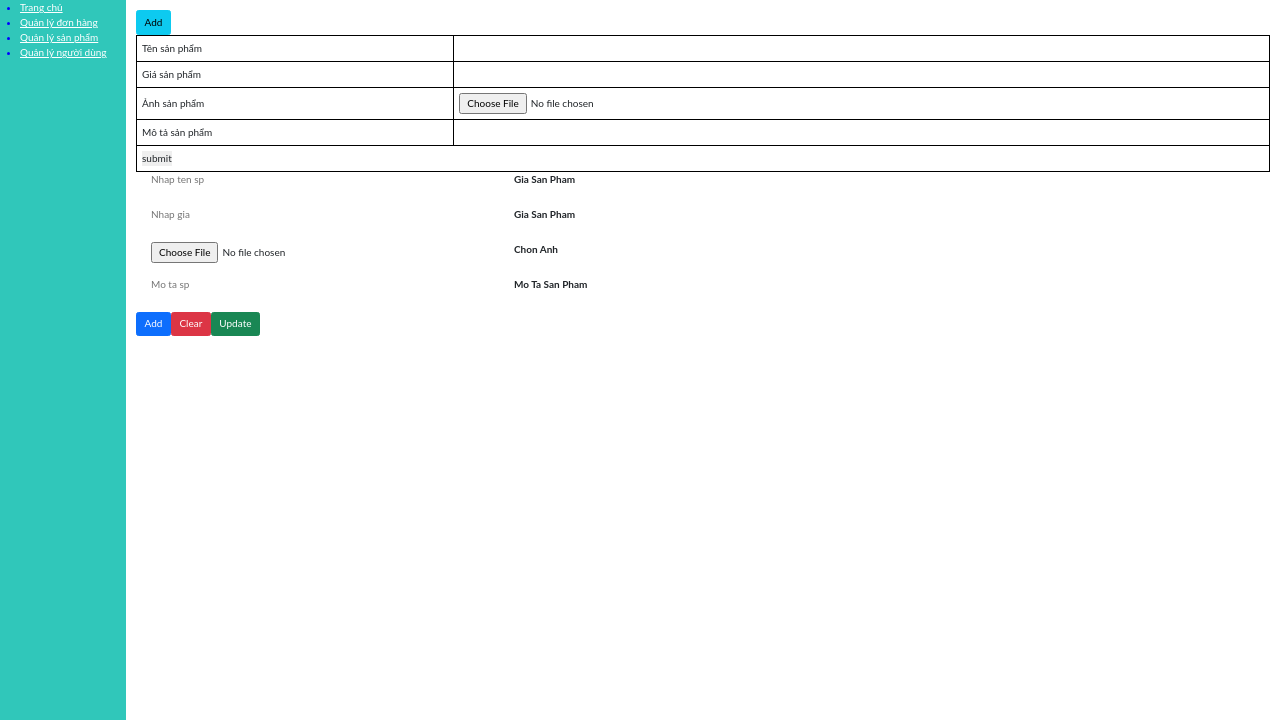
Repository: Hothidani/React
Page: /AllProduct (app in exa/my-react-router-A/)
The author's editor kept a copy of each file at every save. The page is drawn from the files as they stood at one save, then again after the next save.
The browser window is 1280 px wide. The pictures show the whole page.
The page's requests for data from a server got no answer. The project was rebuilt for these pictures with package versions that can differ from the ones it lists, and the page was loaded fresh each time. No one was signed in, and anything a server would have sent is missing. Also part of the build but not shown: exa/my-react-router-A/src/component/Navigation.js, exa/my-react-router-A/src/component/Home.js, exa/my-react-router-A/src/component/About.js, exa/my-react-router-A/src/component/Service.js, exa/my-react-router-A/src/component/Contact.js, exa/my-react-router-A/src/component/Add.js, exa/my-react-router-A/src/component/QLuser.js, exa/my-react-router-A/src/QLOrder.css and 1 more.

Above is the page before, as saved 2021-05-11 18:18:28.

### exa/my-react-router-A/public/index.html
<!DOCTYPE html>
<html lang="en">
  <head>
    <meta charset="utf-8" />
    <link rel="icon" href="%PUBLIC_URL%/favicon.ico" />
    <meta name="viewport" content="width=device-width, initial-scale=1" />
    <meta name="theme-color" content="#000000" />

    <meta
      name="description"
      content="Web site created using create-react-app"
    />
    <link rel="apple-touch-icon" href="%PUBLIC_URL%/logo192.png" />
    <!--
      manifest.json provides metadata used when your web app is installed on a
      user's mobile device or desktop. See https://developers.google.com/web/fundamentals/web-app-manifest/
    -->
    <link rel="manifest" href="%PUBLIC_URL%/manifest.json" />
    <link href="%PUBLIC_URL%/../../src/index.css">
    <link rel="stylesheet" href="https://maxcdn.bootstrapcdn.com/bootstrap/3.4.1/css/bootstrap.min.css">
    <script src="https://ajax.googleapis.com/ajax/libs/jquery/3.5.1/jquery.min.js"></script>
    <script src="https://maxcdn.bootstrapcdn.com/bootstrap/3.4.1/js/bootstrap.min.js"></script>
    <!--
      Notice the use of %PUBLIC_URL% in the tags above.
      It will be replaced with the URL of the `public` folder during the build.
      Only files inside the `public` folder can be referenced from the HTML.

      Unlike "/favicon.ico" or "favicon.ico", "%PUBLIC_URL%/favicon.ico" will
      work correctly both with client-side routing and a non-root public URL.
      Learn how to configure a non-root public URL by running `npm run build`.
    -->
    <title>React App</title>
  </head>
  <body>
    <noscript>You need to enable JavaScript to run this app.</noscript>
    <div id="root"></div>
    <!--
      This HTML file is a template.
      If you open it directly in the browser, you will see an empty page.

      You can add webfonts, meta tags, or analytics to this file.
      The build step will place the bundled scripts into the <body> tag.

      To begin the development, run `npm start` or `yarn start`.
      To create a production bundle, use `npm run build` or `yarn build`.
    -->
  </body>
</html>

### exa/my-react-router-A/src/index.js
import React from 'react';
import ReactDOM from 'react-dom';
import App from "./App";
// import AddForm from './App';
import reportWebVitals from './reportWebVitals';

ReactDOM.render(
  <React.StrictMode>
    <App></App>
  </React.StrictMode>,
  document.getElementById('root')
);

// If you want to start measuring performance in your app, pass a function
// to log results (for example: reportWebVitals(console.log))
// or send to an analytics endpoint. Learn more: https://bit.ly/CRA-vitals
reportWebVitals();

### exa/my-react-router-A/src/App.css
.App {
  text-align: center;
}

.nav-a{
  /* display: flex;
  justify-content: space-around; */
  /* align-items: center; */
  min-height: 10vh;
  width: 10%;
  height: 100vh;
  background: rgb(48, 199, 186);
  color:blue;
}
li{
  width: 100px;
}
.nav-b{
  margin: 10px;
  width: 90%;
}
/*
.nav-link{
  width: 50%;
  display: flex;
  align-items: center;
  justify-content: space-around;
  list-style: none;
  color: black;
} */

.a{
  display: flex;
}

/* .row{
  display: flex;
  align-items: center;
} */

### exa/my-react-router-A/src/css.css
* {
    padding: 0;
    margin: 0;
    border: none;
    font-family: 'Lato', sans-serif;
    box-sizing: border-box;
}

html {
    background-color: white;
    text-rendering: optimizeLegibility;
}

.clearfix::after {
    content: "";
    display: table;
    clear: both;
}

.form-control {
    border-radius: 40px;
    border-top-left-radius: 40px;
    border-top-right-radius: 40px;
    border-bottom-right-radius: 40px;
    border-bottom-left-radius: 40px;
}

.content-input {
    width: 500px;
    /* background: #00FFFF; */
}

.content-input-flex {
    display: flex;
    justify-content: space-between;
}

.content-input-footer {
    font-size: 18px;
    display: flex;
    justify-content: center;
}

.footer-logo {
    display: flex;
    justify-content: center;
}

input[class=form-control] {
    background: transparent;
    -webkit-border-radius: 20px;
    -moz-border-radius: 20px;
    border-radius: 20px;
    border: 1px solid none;
    color: #BB0000;
    width: 100%;
    padding-left: 10px;
}

input[class=form-control]:focus {
    outline: none;
    background: #99FFFF;
    border: 1px solid #2da8d9;
    color: #f33838;
}

input[class=form-control]:hover {
    background: #CCFFFF;
    border: 1px solid #2da8d9;
}

.content-input-wrap {
    border-radius: 10px;
    border: rgb(120, 199, 223);
    background-color: rgba(156, 212, 210, 0.4);
    position: relative;
    color: rgba(255, 255, 255, 0.2);
    /* box-shadow: 0px 20px 20px rgb(0 0 0 / 10%), 0px 30px 26px rgb(0 0 0 / 10%); */
}

.content-input-wrap h3 {
    font-weight: 300;
    color: #2da8d9;
}

.content-input-wrap .social {
    width: 100%;
}

.content-input-wrap .social a {
    width: 100%;
    display: block;
    border: 1px solid #00FFFF;
    color: rgba(243, 75, 9, 0.2);
    background: #99CCFF;
}

.content-input-wrap .social a:hover {
    background: rgba(214, 106, 5, 0.2);
    color: rgba(255, 255, 255, 0.2);
    border-color: #00FFFF;
}

.buttonn{
    display: flex;
    justify-content: space-around;
    align-items: center;
    min-width: 5%;

}

### exa/my-react-router-A/src/component/AllProduct.js
// import React, { Component } from 'react';
// import axios from 'axios';
// import Add from './Add';
// import 'bootstrap/dist/css/bootstrap.min.css';


// import { NavLink } from 'react-router-dom';
// class AllProduct extends Component {
//     constructor(props) {
//         super(props);
//         this.state = {
//             product: []
//         }

//     }
//     componentDidMount() {
//         axios({
//             method: 'GET',
//             url: ' https://6093b5e8a7e53a001795161e.mockapi.io/Products',
//             data: null
//         }).then(res => {
//             this.setState({
//                 product: res.data
//             });
//         }).catch(err => {
//         });
//     }




//     // render() {
//     //     return (
//     //       <div className="row">
//     //         {this.state.product.map(element => {
//     //           return (
//     //             <div className="col-3">
//     //               <div className="card" style={{ width: '500', height: '300' }}>

//     //                 <div className="container">
//     //                   <h4><b>{element.id}</b></h4>
//     //                   <b>  {element.product_name}</b>
//     //                   <div class="spacing">
//     //                     <p>Type</p>

//     //                     <img  src={element.product_pic}   width={300} height={200}></img>
//     //                   </div>
//     //                   <div class="spacing">
//     //                     <p>Area</p>
//     //                     <p>{element.price}</p>
//     //                   </div>

//     //                   <div style={{ display: 'flex' }}> <button style={{ width: '300px' }} type="button" class="btn btn-primary" onClick={this.handleBuy}>ADD</button>
//     //                   </div>

//     //                 </div>
//     //               </div>
//     //             </div>
//     //           );
//     //         })}
//     //       </div>
//     //     );
//     //   }
//     // }

//     // componentWillUpdate() {
//     //     if (this.state.sort === true) {
//     //         axios({
//     //             method: 'GET',
//     //             url: 'http://localhost:3000/products?_sort=price&_order=asc&_limit=4',
//     //             data: null
//     //         }).then(res => {
//     //             this.setState({
//     //                 product: res.data
//     //             });
//     //         }).catch(err => {
//     //         });
//     //     } else {
//     //         axios({
//     //             method: 'GET',
//     //             url: 'http://localhost:3000/products?_sort=price&_order=desc&_limit=4',
//     //             data: null
//     //         }).then(res => {
//     //             this.setState({
//     //                 product: res.data
//     //             });
//     //         }).catch(err => {
//     //         });
//     //     }

//     // }

//     Low = () => {
//         this.setState({
//             sort: true
//         });
//     }

//     High = () => {
//         this.setState({
//             sort: false
//         });
//     }

//     onChange = (event) => {
//         var target = event.target;
//         var name = target.name;
//         var value = target.value;
//         this.setState({
//             [name]: value
//         });
//     }

// delete(e) {
// 	e.preventDefault();
//     if(window.confirm('Are you sure?'))
// {
//     fetch('https://6093b5e8a7e53a001795161e.mockapi.io/Products' + e,{
//         method:'DELETE',
//         headers:{'OK':'aplication/json',
//         'Content-Type':'aplication/json'
//     }
//     })
// }
// 	axios.delete('https://6093b5e8a7e53a001795161e.mockapi.io/Products')
// 	.then(res => console.log(res.data));
// }


//     render() {
//         var { product, keyword } = this.state;
//         return (
//             <div>

//                                          <div className="d-inline">
//                                             <NavLink to={`/Add`} >
//                                                 <button className="btn btn-info ">Add <i className="fa fa-chevron-right" /></button>
//                                                 <div className="clearfix" />
//                                             </NavLink>
//                                         </div>
//                 {this.state.product.map((product) => {
//                     return (
//                         <React.Fragment>
//                             <div className="col-sm-3 mt-4 row ">
//                                 <div className="single-item">
//                                     <div className="ribbon-wrapper">
//                                         <div className="ribbon sale">San Pham: {product.id}</div>
//                                         <div className="ribbon sale">Mo Ta: {product.describe}</div>
//                                     </div>
//                                     <div className="single-item-header">
//                                         <a><img src={product.product_pic} alt="" height="300" width="500" /></a>
//                                     </div>
//                                     <div className="single-item-body">
//                                         <p className="single-item-title text-center text-danger t">{product.product_name}</p>
//                                         <p className="single-item-price text-center">
//                                             <span className="mb-3 t">Gia: ${product.price}</span>
//                                         </p>
//                                     </div>
//                                     <div className="single-item-caption mt-1 ml-5">
//                                         <a className="add-to-cart pull-left"><i className="fa fa-shopping-cart" /></a>

//                                         <button type="submit" className="btn btn-primary  " onclick={this.onSubmit}>Update</button>
//                                         <button type="submit" onclick={this.delete} className="btn btn-danger">Delete</button>
//                                         <NavLink to="/AllProduct" className="btn btn-success">View</NavLink>
//                                         {/* <NavLink to="/AllProduct" className="btn btn-success">View</NavLink>
//                                          <div className="d-inline">
//                                             <NavLink to={`/Add`} >
//                                                 <button className="btn btn-info ">Add <i className="fa fa-chevron-right" /></button>
//                                                 <div className="clearfix" />
//                                             </NavLink>
//                                         </div> */}
//                                         {/*
//                                         <div className="d-inline">
//                                             <NavLink to={`/products/${product.id}/productdetail`}  >
//                                                 <button className="btn btn-info ">Details <i className="fa fa-chevron-right" /></button>
//                                                 <div className="clearfix" />
//                                             </NavLink>
//                                         </div> */}
//                                     </div>
//                                 </div>
//                             </div>
//                         </React.Fragment>
//                     );
//                 })}
//             </div>


//         );
//     }
// }



// export default AllProduct;


 import { NavLink } from 'react-router-dom';
 import 'bootstrap/dist/css/bootstrap.min.css';
import '../AllProduct.css';

import React, { Component } from 'react';
import axios from 'axios';
import { toast } from 'react-toastify';
//import { toast } from 'react-toastify';

class AllProduct extends Component {
    constructor(props) {
        super(props)
        this.state = {
            products: [],
            id: '',
            product_name: '',
            price: '',
            describe: '',
            product_pic:''
        }
    }

    onChange = (event) => {
        var target = event.target;
        var nam = target.name;
        var value = target.value;
        var type =target.type;
        if(type === 'file')
        {
            value = this.product_pic.value.replace(/C:\\fakepath\\/i,"./Images/");
        }
        this.setState({
            [nam]: value
        });
    }

    onClear = () => {
        this.setState({
            id: '',
            product_name: '',
            price: '',
            describe: '',
            product_pic:''
        });
    }

    // Update= ()=>{
    //     // let data = this.state.products;
    //     // data.map((item,index)=>{
    //     //     if(this.state.id===item.id){
    //     //         alert ("Id: "+item.id);
    //     //         item.product_name= this.state.product_name;
    //     //         item.product_pic= this.state.product_pic;
    //     //         item.price = parseInt(this.state.price);
    //     //         item.describe= this.state.describe;
    //             axios({
    //                 method: 'PUT',
    //                 url:`http://localhost:3000/Products/${item.id}`,
    //                 data:{
    //                     product_name: this.state.product_name,
    //                     product_pic: this.state.product_pic,
    //                     price: this.state.price,
    //                     describe: this.state.describe
    //                 }
    //             }).then (res =>{
    //                 this.setState({
    //                     products:data,
    //                     id: '',
    //                     product_name: '',
    //                     price: '',
    //                     describe: '',
    //                     product_pic:''
    //                 })
    //                  res.data = this.state.products;
    //              }).catch(err =>
    //                 {
    //                 })
    //         }
        //}
        // )      //set update items
        // this.setState({
        //     products:data,
        //     id: '',
        //     product_name: '',
        //     price: '',
        //     describe: '',
        //     product_pic:'',
        //
        //  })
       //}
    onEdit = (id) => {
        id.preventDefault();
        const pro = {
        product_name: this.state.product_name,
		product_pic: this.state.product_pic,
        price: this.state.price,
        describe: this.state.describe
        };
        axios({
            method: 'PUT',
            url: `http://localhost:3000/Products/${id}`,
            data: pro
        }).then(res => {
           res.data = pro;
           alert("Đã sửa sản phẩm thành công")
        }).catch(err => {
        });
    }
    onSave = (event) => {
        event.preventDefault();
        const pro = {
        product_name: this.state.product_name,
		product_pic: this.state.product_pic,
        price: this.state.price,
        describe: this.state.describe
        };
        axios({
            method: 'POST',
            url: `http://localhost:3000/Products`,
            data: pro
        }).then(res => {
           res.data = pro;
           alert("Đã thêm một sản phẩm thành công")
        }).catch(err => {
        });
       /* axios.post(`https://6093b5e8a7e53a001795161e.mockapi.io/Products`, pro)
            .then(res => {
                alert("Đã thêm một sản phẩm thành công")
                console.log(res);
                console.log(res.data);
            })
        this.state.products.push(pro);*/
    }

    componentDidMount() {
        axios({
            method: 'GET',
            url: '  http://localhost:3000/Products',
            data: null
        }).then(res => {
            this.setState({
                products: res.data
            });
        }).catch(err => {
        });
    }




    onDelete = (id) => {
        alert ("Delete");
        this.setState({
          products:this.state.products.filter(item=>item.id!=id)
        })
       axios({
          method: 'DELETE',
          url:`http://localhost:3000/Products/${id}`,
      }).then (res =>{
          console.log(res);
          console.log(res.data);
      }).catch(err =>{
      })
      }

    render() {
        return (
            <React.Fragment>
                <div>
                <div className="d-inline">
                                           <NavLink to={`/Add`} >
                                                <button className="btn btn-info ">Add <i className="fa fa-chevron-right" /></button>
                                               <div className="clearfix" />
                                           </NavLink >
               </div>
                    <div>
                    <table id="myTable">
                        <tbody><tr>
                            <td>Tên sản phẩm</td>
                            <td><input type="number" />
                            </td>
                        </tr>
                        <tr>
                            <td>Giá sản phẩm</td>
                            <td><input type="number" /></td>
                        </tr><tr>
                        </tr><tr>
                            <td>Ảnh sản phẩm</td>
                            <td><input type="file" /></td>
                        </tr><tr>
                        </tr><tr>
                            <td>Mô tả sản phẩm</td>
                            <td><input type="text" /></td>
                        </tr><tr>
                        </tr><tr>
                            <td colSpan={2}>
                            <button onclick="myFunction()">submit</button>
                            </td>
                        </tr></tbody></table>
                    <form onSubmit={this.onSave}>
                    <div className="form-group">
                        <label  >Gia San Pham</label>
                        <input name="product_name" type="text" className="col-sm-4"   placeholder="Nhap ten sp"  onChange={this.onChange} />
                    </div>
                    <div className="form-group">
                        <label  >Gia San Pham</label>
                        <input name="price" type="number" className="col-sm-4"   placeholder="Nhap gia"  onChange={this.onChange}/>
                    </div>
                    <div className="form-group">
                        <label  >Chon Anh</label>
                        <input name="product_pic" ref={(input) =>{this.product_pic= input}} type="file" className="col-sm-4"  placeholder="" onChange={this.onChange} />
                    </div>
                    <div className="form-group">
                        <label  >Mo Ta San Pham</label>
                        <input name="describe" type="text" className="col-sm-4" id="motasp" placeholder="Mo ta sp" onChange={this.onChange}  />
                    </div>
                    <button type="submit"  className="btn btn-primary  ">Add</button>
                    <button type="button" onclick={this.onClear} className="btn btn-danger">Clear</button>
                    <button type="button" onClick={this.onUpdate}  className="btn btn-success">Update</button>

            </form>

                    </div>
                    {this.state.products.map(element => {
                        return (
                            <div>
                                <p>{element.id}</p>
                                <p>{element.product_name}</p>
                                <p>{element.price}</p>
                                <p>{element.describe}</p>
                                <img src={element.product_pic} alt="" height="300" width="500" />
                                <div>
                                    <NavLink to={`/Update`} >
                                                <button className="btn btn-info ">Edit </button>
                                               <div className="clearfix" />
                                           </NavLink >
                                    <NavLink to =" /Update" type="button" onClick={this.onEdit}  className="btn btn-success">Update</NavLink>
                                    <button type="button" onClick={this.onEdit}  className="btn btn-success">Edit</button>
                                    <button type="button"  onClick={()=>this.onDelete(element.id)} className="btn btn-danger">Delete</button>
                                </div>
                            </div>
                        );
                    })}
                </div>
            </React.Fragment>
        );
    }
}

class Update extends Component {
    render() {
        return (
            <React.Fragment>
                <div>
                <form onSubmit={this.onEdit}>
                    <div className="form-group">
                        <label  >Gia San Pham</label>
                        <input name="product_name" type="text" className="col-sm-4"   placeholder="Nhap ten sp"  onChange={this.onChange} />
                    </div>
                    <div className="form-group">
                        <label  >Gia San Pham</label>
                        <input name="price" type="number" className="col-sm-4"   placeholder="Nhap gia"  onChange={this.onChange}/>
                    </div>
                    <div className="form-group">
                        <label  >Chon Anh</label>
                        <input name="product_pic" ref={(input) =>{this.product_pic= input}} type="file" className="col-sm-4"  placeholder="" onChange={this.onChange} />
                    </div>
                    <div className="form-group">
                        <label  >Mo Ta San Pham</label>
                        <input name="describe" type="text" className="col-sm-4" id="motasp" placeholder="Mo ta sp" onChange={this.onChange}  />
                    </div>
                    <button type="submit"  className="btn btn-primary  ">Save</button>

            </form>
                </div>
            </React.Fragment>
        );
    }
}

export default AllProduct;

### exa/my-react-router-A/src/QLuser.css
 td {
     padding: 5px;
    border: 1px solid black;
    border-collapse: collapse;
  }
  th{
    border: 1px solid black;
    border-collapse: collapse;
      text-align: center;
  }
  table{
      width: 100%;
      border: 1px solid black;
    border-collapse: collapse;
  }

### exa/my-react-router-A/src/AllProduct.css
.table {
  font-family: arial, sans-serif;
   border: 1px solid #dddddd;
  width: 100%;
}

.td {

  text-align: left;
  padding: 8px;
}

Loaded but not shown: exa/my-react-router-A/src/reportWebVitals.js (common file); exa/my-react-router-A/src/App.js (53 lines, source omitted); exa/my-react-router-A/src/component/Routes.js (63 lines, source omitted)

After the next save:
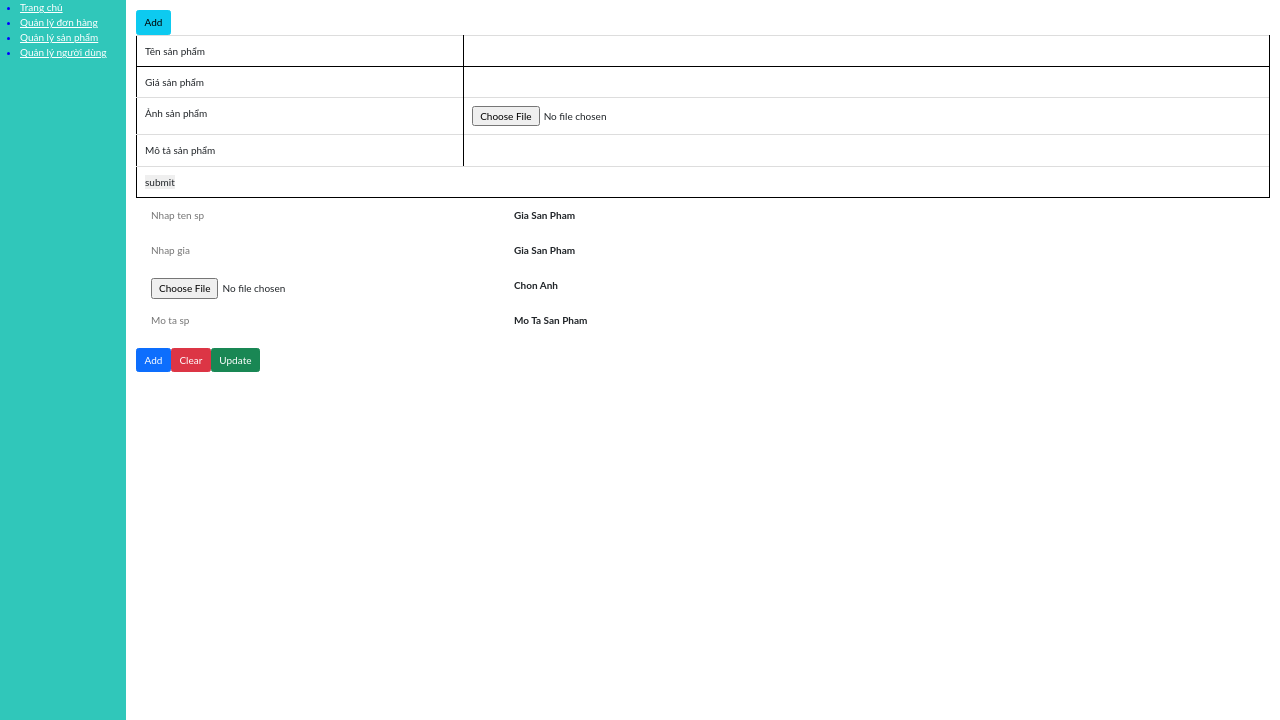
Saved 55 s later.
--- a/exa/my-react-router-A/src/component/AllProduct.js
+++ b/exa/my-react-router-A/src/component/AllProduct.js
@@ -370,7 +370,7 @@ class AllProduct extends Component {
                                            </NavLink >
                </div>
                     <div>
-                    <table id="myTable">
+                    <table className="table td">
                         <tbody><tr>
                             <td>Tên sản phẩm</td>
                             <td><input type="number" />
